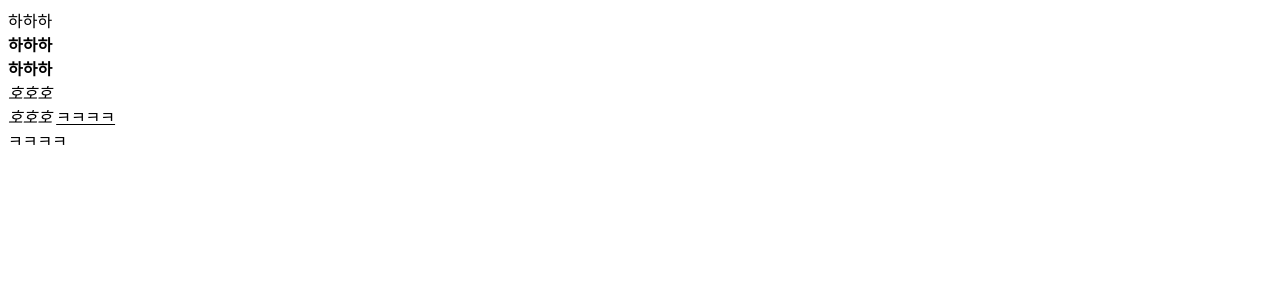
Repository: AkaKSR/Java_Convergence_New
Page: HTML0826/WebContent/Ex06.html
An editor plug-in stored every save of this project. The page is shown before and after the next save, followed by the edit.
The browser window is 1280 px wide. The pictures show the whole page.

Above is the page before, as saved 2019-08-26 07:30:28.

After the next save:
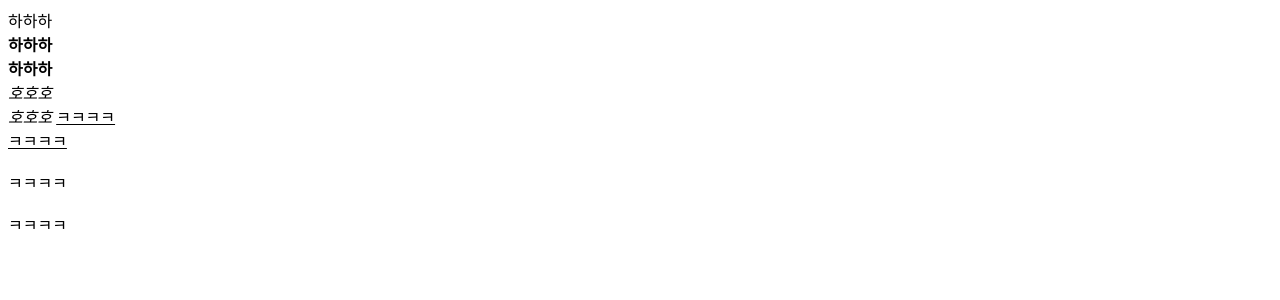
Saved 51 s later.
--- a/HTML0826/WebContent/Ex06.html
+++ b/HTML0826/WebContent/Ex06.html
@@ -10,7 +10,9 @@
 <strong>하하하</strong><br>
 <em>호호호</em><br>
 <i>호호호</i>
-<u>ㅋㅋㅋㅋ</u>
-<div>ㅋㅋㅋㅋ</div>
+<u>ㅋㅋㅋㅋ</u><br />
+<div style="text-decoration: underline;">ㅋㅋㅋㅋ</div><br />
+<div>ㅋㅋㅋㅋ</div><br />
+<div>ㅋㅋㅋㅋ</div><br />
 </body>
 </html>
